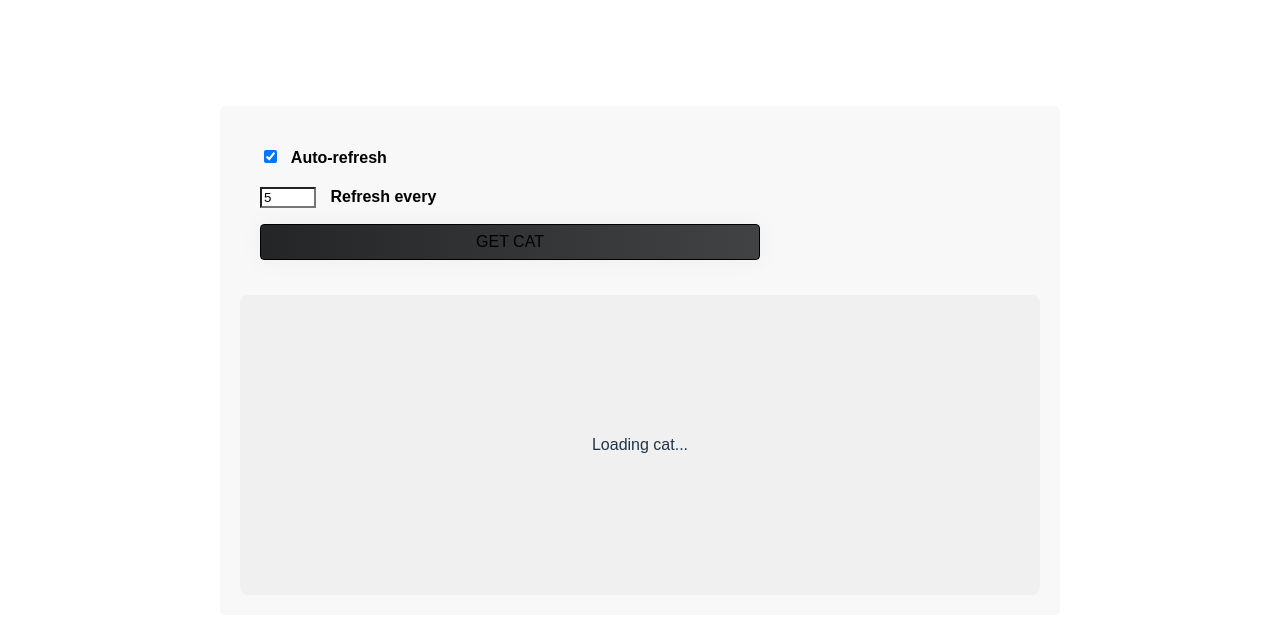
Repository: Pharaoh5/test-assignment5
Page: /
The author's editor kept a copy of each file at every save. The page is drawn from the files as they stood at one save, then again after the next save.
The browser window is 1280 px wide. The pictures show the whole page.
The page's requests for data from a server got no answer. The project was rebuilt for these pictures with package versions that can differ from the ones it lists, and the page was loaded fresh each time. No one was signed in, and anything a server would have sent is missing. Also part of the build but not shown: vite.config.ts.

Above is the page before, as saved 2025-04-08 19:43:29.

After the next save:
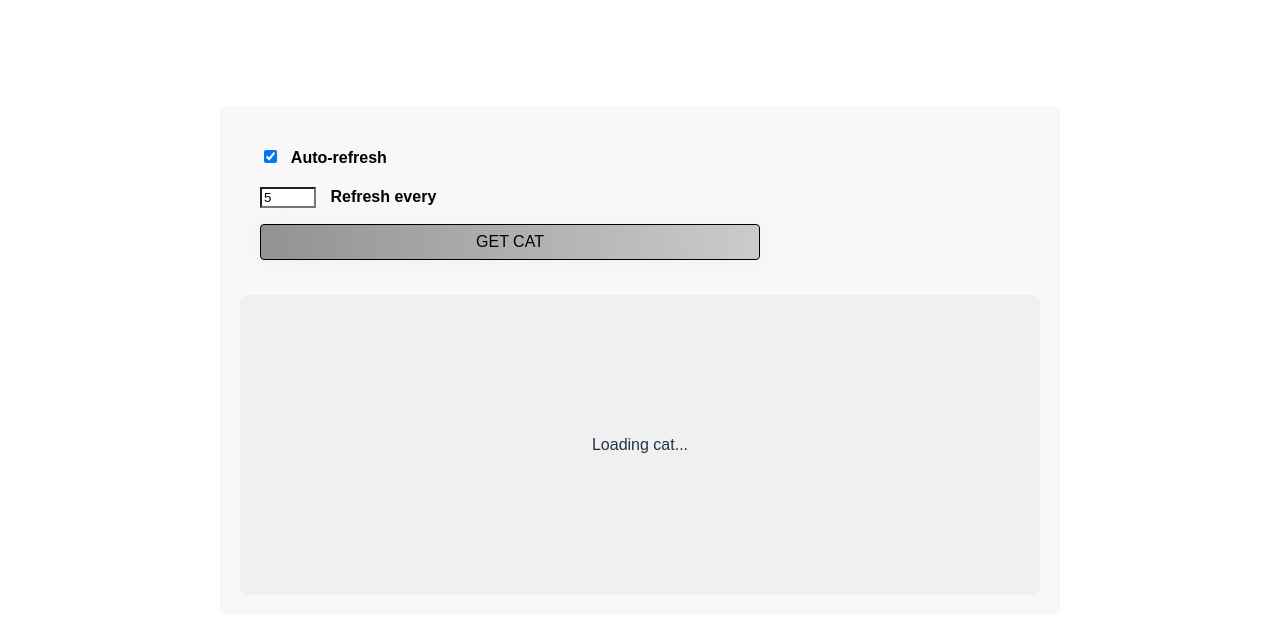
Saved 15 s later.
--- a/src/index.css
+++ b/src/index.css
@@ -67,7 +67,7 @@ button:focus-visible {
   }
 }
 
-.btn-grad {background-image: linear-gradient(to right, #232526 0%, #414345  51%, #232526  100%)}
+.btn-grad {background-image: linear-gradient(to right, #929292 0%, #cccccc  51%, #bdbdbd  100%)}
 .btn-grad {
    padding: 15px 45px;
    text-align: center;
